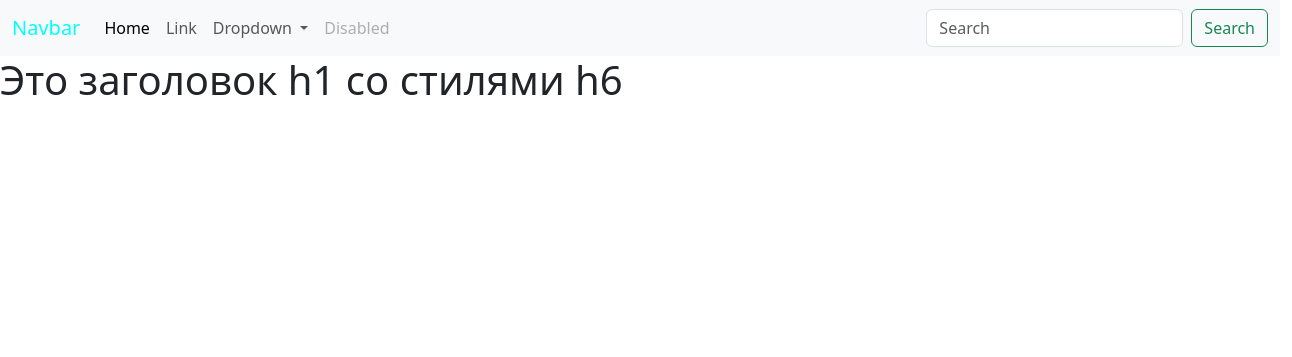
Repository: archangel88/elbrus_homework
Page: phase-0/week-3/day-5/css-bootstrap/index.html
These files come from the project's save history. The page is drawn as it stood at one moment and after the next save; the edit follows.
The browser window is 1280 px wide. The page is 1280 px wide, then 1292 px, then 1280 px, so the pictures cover 1292 px, including what lies to the right of the window. The pictures show the whole page.

Above is the page before, as saved 2025-10-10 22:08:54.

### phase-0/week-3/day-5/css-bootstrap/index.html
<!DOCTYPE html>
<html lang="en">
<head>
    <meta charset="UTF-8">
    <link rel="stylesheet" href="https://cdn.jsdelivr.net/npm/bootstrap@5.3.8/dist/css/bootstrap.min.css">
    <link rel="stylesheet" href="style.css">
    <meta name="viewport" content="width=device-width, initial-scale=1.0">
    <title>Document</title>
</head>
<body>
<nav class="navbar navbar-expand-lg bg-body-tertiary">
  <div class="container-fluid">
    <a class="navbar-brand" href="#">Navbar</a>
    <button class="navbar-toggler" type="button" data-bs-toggle="collapse" data-bs-target="#navbarSupportedContent" aria-controls="navbarSupportedContent" aria-expanded="false" aria-label="Toggle navigation">
      <span class="navbar-toggler-icon"></span>
    </button>
    <div class="collapse navbar-collapse" id="navbarSupportedContent">
      <ul class="navbar-nav me-auto mb-2 mb-lg-0">
        <li class="nav-item">
          <a class="nav-link active" aria-current="page" href="#">Home</a>
        </li>
        <li class="nav-item">
          <a class="nav-link" href="#">Link</a>
        </li>
        <li class="nav-item dropdown">
          <a class="nav-link dropdown-toggle" href="#" role="button" data-bs-toggle="dropdown" aria-expanded="false">
            Dropdown
          </a>
          <ul class="dropdown-menu">
            <li><a class="dropdown-item" href="#">Action</a></li>
            <li><a class="dropdown-item" href="#">Another action</a></li>
            <li><hr class="dropdown-divider"></li>
            <li><a class="dropdown-item" href="#">Something else here</a></li>
          </ul>
        </li>
        <li class="nav-item">
          <a class="nav-link disabled" aria-disabled="true">Disabled</a>
        </li>
      </ul>
      <form class="d-flex" role="search">
        <input class="form-control me-2" type="search" placeholder="Search" aria-label="Search"/>
        <button class="btn btn-outline-success" type="submit">Search</button>
      </form>
    </div>
  </div>
</nav>

<h1 class="display-6">Это заголовок h1 со стилями h6</h1>
</body>
</html>

### phase-0/week-3/day-5/css-bootstrap/style.css
.container-fluid .navbar-brand{
    color: aqua;
}

After the next save:
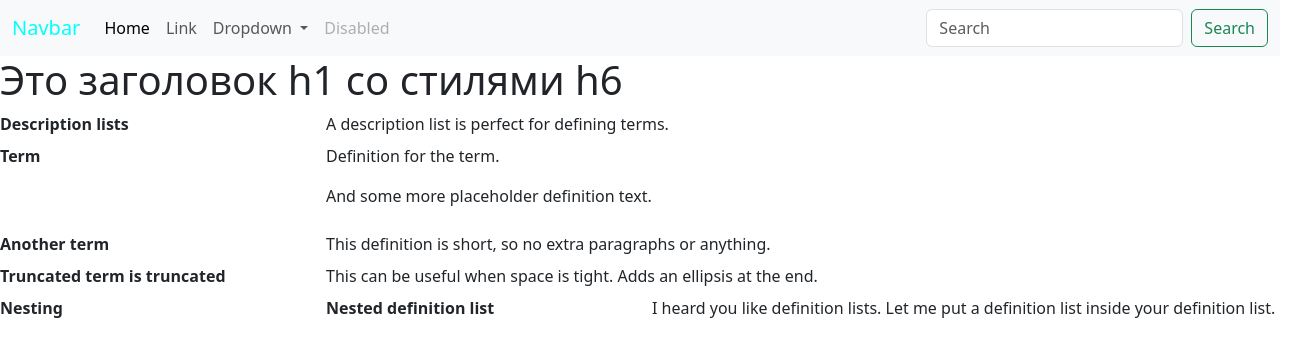
Saved 100 s later.
--- a/phase-0/week-3/day-5/css-bootstrap/index.html
+++ b/phase-0/week-3/day-5/css-bootstrap/index.html
@@ -46,5 +46,30 @@
 </nav>
 
 <h1 class="display-6">Это заголовок h1 со стилями h6</h1>
+
+<dl class="row">
+  <dt class="col-sm-3">Description lists</dt>
+  <dd class="col-sm-9">A description list is perfect for defining terms.</dd>
+
+  <dt class="col-sm-3">Term</dt>
+  <dd class="col-sm-9">
+    <p>Definition for the term.</p>
+    <p>And some more placeholder definition text.</p>
+  </dd>
+
+  <dt class="col-sm-3">Another term</dt>
+  <dd class="col-sm-9">This definition is short, so no extra paragraphs or anything.</dd>
+
+  <dt class="col-sm-3 text-truncate">Truncated term is truncated</dt>
+  <dd class="col-sm-9">This can be useful when space is tight. Adds an ellipsis at the end.</dd>
+
+  <dt class="col-sm-3">Nesting</dt>
+  <dd class="col-sm-9">
+    <dl class="row">
+      <dt class="col-sm-4">Nested definition list</dt>
+      <dd class="col-sm-8">I heard you like definition lists. Let me put a definition list inside your definition list.</dd>
+    </dl>
+  </dd>
+</dl>
 </body>
 </html>

After the 3 saves that followed:
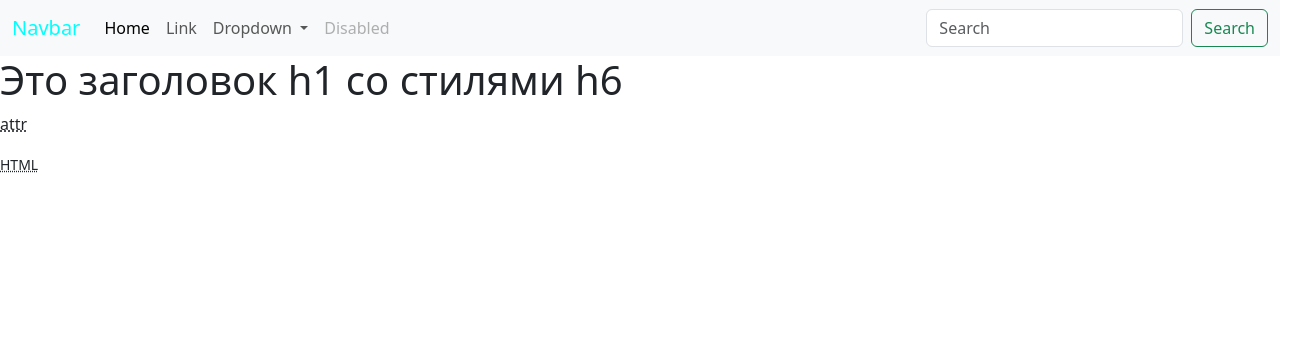
The 3 saves are shown as one change because 2 left the picture as it was.
The last was saved 2 min 40 s later.
--- a/phase-0/week-3/day-5/css-bootstrap/index.html
+++ b/phase-0/week-3/day-5/css-bootstrap/index.html
@@ -47,29 +47,7 @@
 
 <h1 class="display-6">Это заголовок h1 со стилями h6</h1>
 
-<dl class="row">
-  <dt class="col-sm-3">Description lists</dt>
-  <dd class="col-sm-9">A description list is perfect for defining terms.</dd>
-
-  <dt class="col-sm-3">Term</dt>
-  <dd class="col-sm-9">
-    <p>Definition for the term.</p>
-    <p>And some more placeholder definition text.</p>
-  </dd>
-
-  <dt class="col-sm-3">Another term</dt>
-  <dd class="col-sm-9">This definition is short, so no extra paragraphs or anything.</dd>
-
-  <dt class="col-sm-3 text-truncate">Truncated term is truncated</dt>
-  <dd class="col-sm-9">This can be useful when space is tight. Adds an ellipsis at the end.</dd>
-
-  <dt class="col-sm-3">Nesting</dt>
-  <dd class="col-sm-9">
-    <dl class="row">
-      <dt class="col-sm-4">Nested definition list</dt>
-      <dd class="col-sm-8">I heard you like definition lists. Let me put a definition list inside your definition list.</dd>
-    </dl>
-  </dd>
-</dl>
+<p><abbr title="attribute">attr</abbr></p>
+<p><abbr title="HyperText Markup Language" class="initialism">HTML</abbr></p>
 </body>
 </html>
